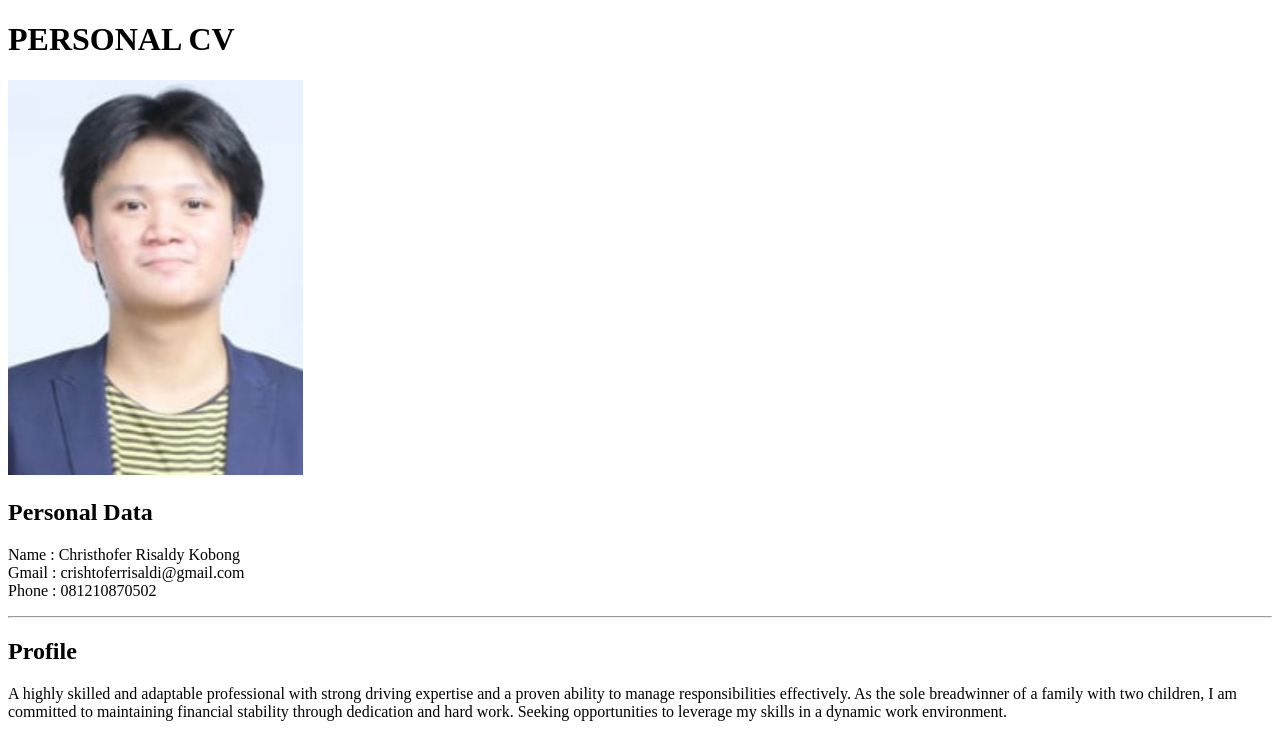
Repository: ChristhoferRisaldy/CVWeb
Page: web.html
An editor plug-in stored every save of this project. The page is shown before and after the next save, followed by the edit.
The browser window is 1280 px wide. The pictures show the whole page.

Above is the page before, as saved 2025-02-21 21:05:39.

After the next save:
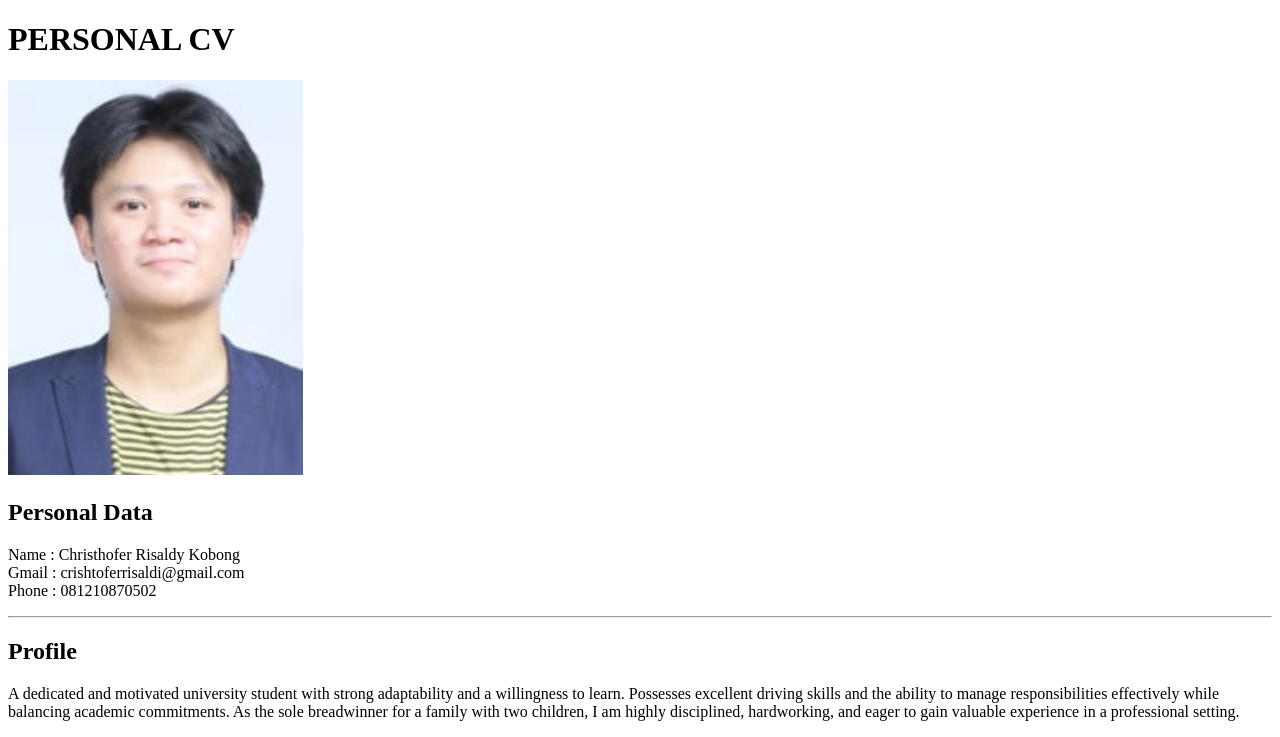
Saved 92 s later.
--- a/web.html
+++ b/web.html
@@ -14,5 +14,5 @@
         </p>
         <hr>
         <h2>Profile</h2>
-        <p>A highly skilled and adaptable professional with strong driving expertise and a proven ability to manage responsibilities effectively. As the sole breadwinner of a family with two children, I am committed to maintaining financial stability through dedication and hard work. Seeking opportunities to leverage my skills in a dynamic work environment.</p>
+        <p>A dedicated and motivated university student with strong adaptability and a willingness to learn. Possesses excellent driving skills and the ability to manage responsibilities effectively while balancing academic commitments. As the sole breadwinner for a family with two children, I am highly disciplined, hardworking, and eager to gain valuable experience in a professional setting.</p>
 </html>
